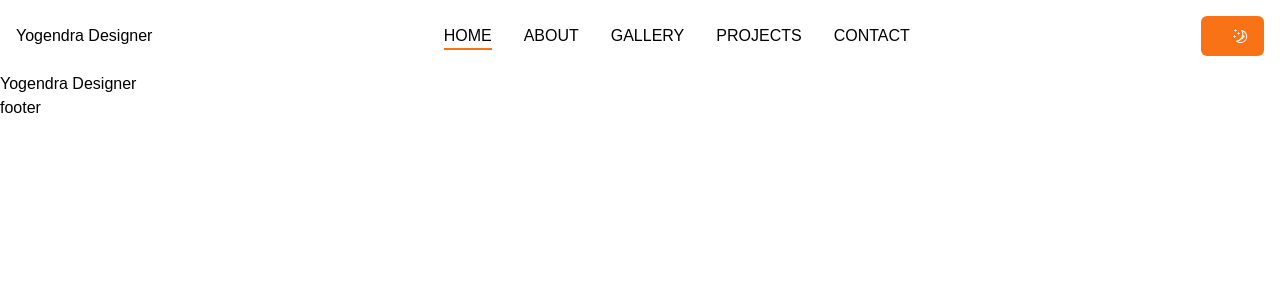
Repository: hitoutvrma/MB_designs-Interior-Designing-website
Page: /
These files come from the project's save history. The page is drawn as it stood at one moment and after the next save; the edit follows.
The browser window is 1280 px wide. The pictures show the whole page.
The project was rebuilt for these pictures with package versions that can differ from the ones it lists, and the page was loaded fresh each time. The framework's server and built-in components were replaced by stand-ins that run in the browser. Also part of the build but not shown: next.config.mjs.

Above is the page before, as saved 2024-09-13 12:33:01.

After the next save:
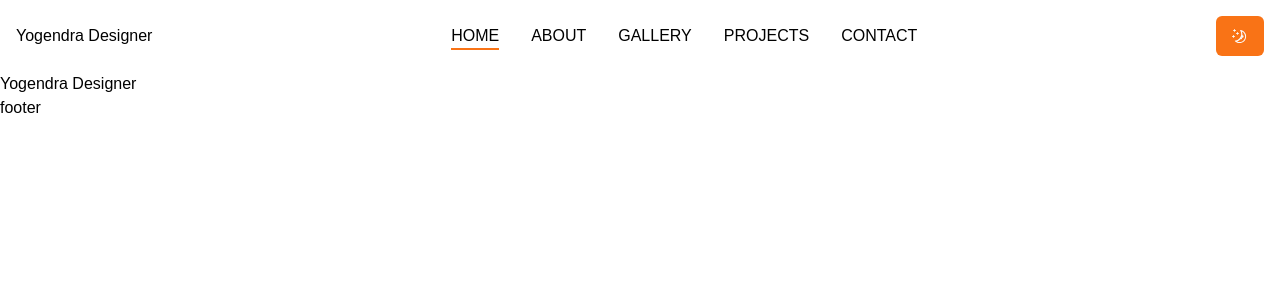
Saved 23 s later.
--- a/components/ThemeToggler.jsx
+++ b/components/ThemeToggler.jsx
@@ -9,7 +9,7 @@ const ThemeToggler = () => {
     <div>
       <Button  onClick={()=>setTheme(theme==='dark'?'light':'dark')}>
         <SunIcon className="h-[1rem] w-[1rem] scale-0"/>
-        <MoonIcon className=""/>
+        <MoonIcon className="absolute"/>
       </Button>
     </div>
   )
